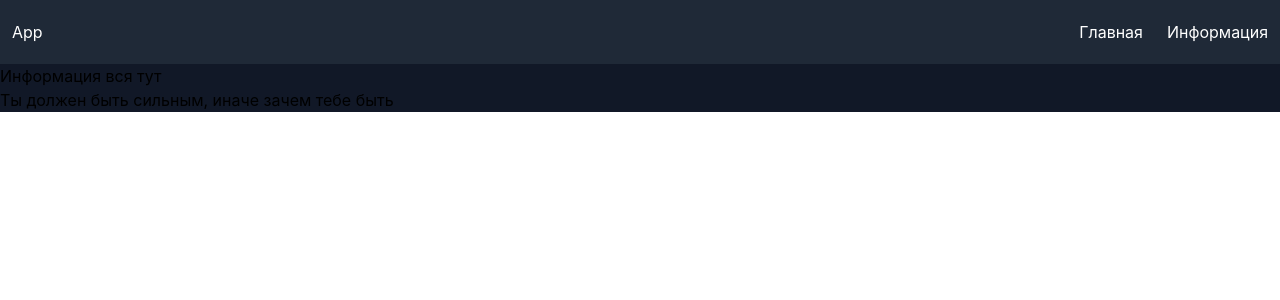
Repository: VachArt/react-exam-work
Page: /about
These files come from the project's save history. The page is drawn as it stood at one moment and after the next save; the edit follows.
The browser window is 1280 px wide. The pictures show the whole page.
The project was rebuilt for these pictures with package versions that can differ from the ones it lists, and the page was loaded fresh each time. Also part of the build but not shown: src/components/pages/Home/item/Check.jsx, src/components/pages/Home/item/TodoItem.jsx, src/components/pages/Home/create-todo-field/CreateTodoField.jsx, src/components/pages/Home/Home.jsx.

Above is the page before, as saved 2022-04-27 23:37:52.

After the next save:
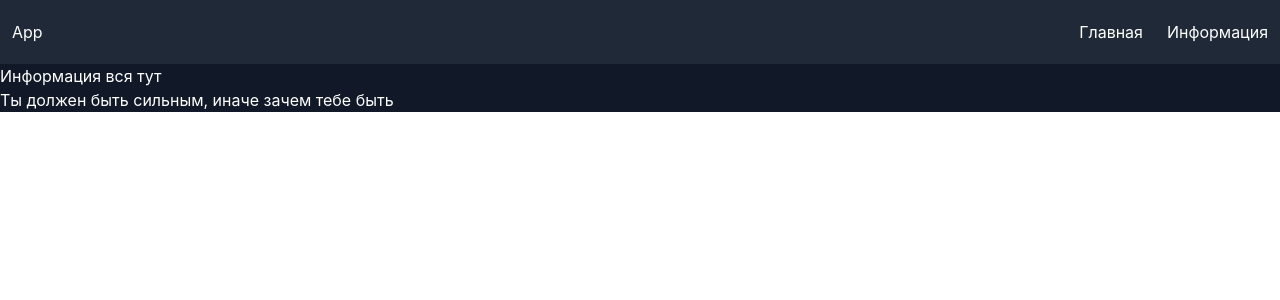
Saved 89 s later.
--- a/src/components/pages/About/About.jsx
+++ b/src/components/pages/About/About.jsx
@@ -1,7 +1,7 @@
 import React from "react"
 
 export const About = () => (
-    <div className="jumbotron">
+    <div className="text-white">
         <div className="container">
             <h1 className="display-4">Информация вся тут</h1>
             <p className="lead">Ты должен быть сильным, иначе зачем тебе быть</p>
